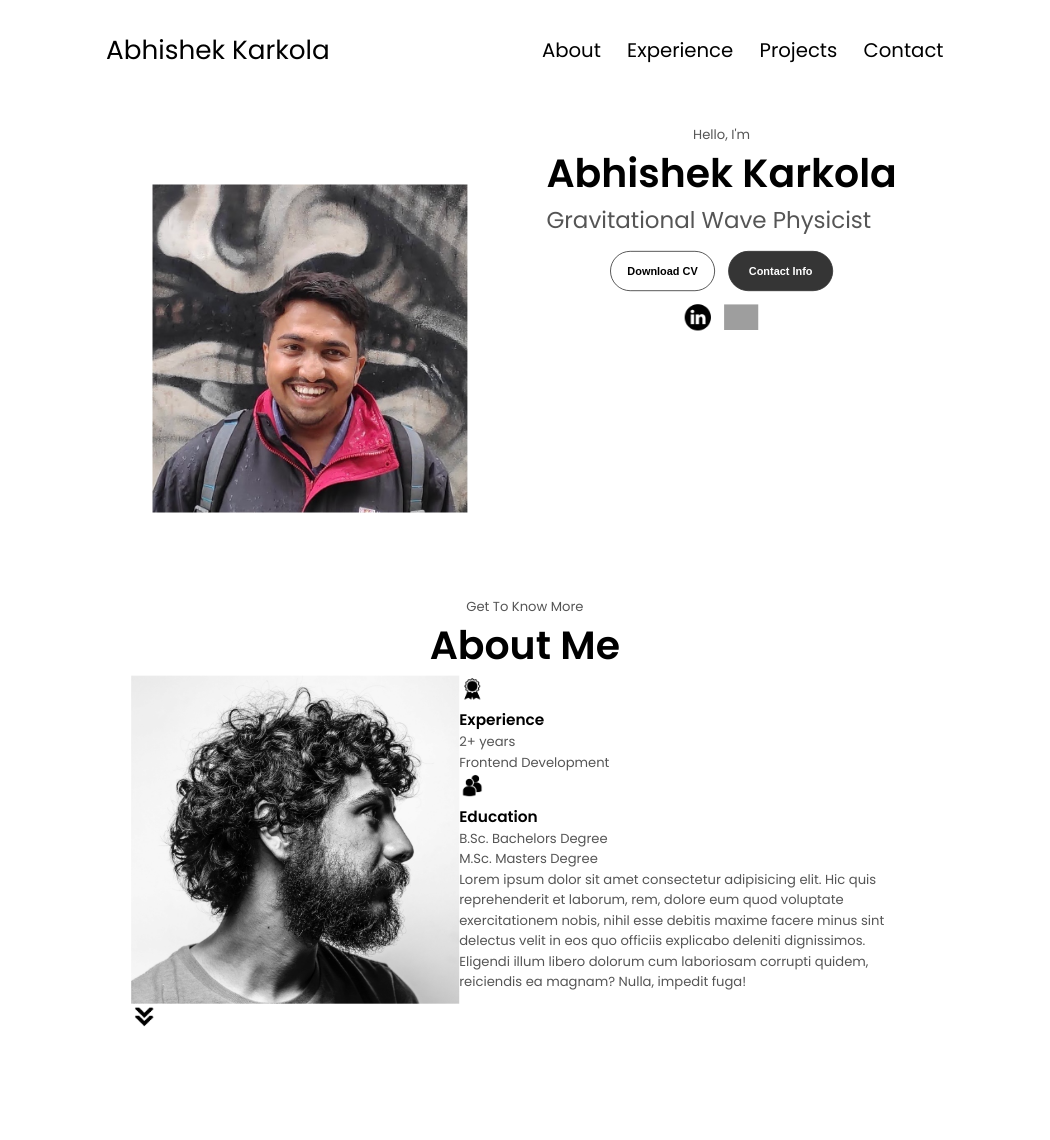
Repository: APersonalVoyage/APersonalVoyage.github.io
Page: index.html
An editor plug-in stored every save of this project. The page is shown before and after the next save, followed by the edit.
The browser window is 1280 px wide. The pictures show the whole page, at 82% of full size.
Pictures or frames that could not be fetched are drawn as grey boxes.

Above is the page before, as saved 2023-08-23 18:50:35.

### index.html
<!DOCTYPE html>
<html lang="en">
  <head>
    <meta charset="UTF-8" />
    <meta http-equiv="X-UA-Compatible" content="IE=edge" />
    <meta name="viewport" content="width=device-width, initial-scale=1.0" />
    <title>My Portfolio</title>
    <link rel="stylesheet" href="style.css" />
    <link rel="stylesheet" href="mediaqueries.css" />
  </head>
  <body>
    <nav id="desktop-nav">
      <div class="logo">Abhishek Karkola</div>
      <div>
        <ul class="nav-links">
          <li><a href="#about">About</a></li>
          <li><a href="#experience">Experience</a></li>
          <li><a href="#projects">Projects</a></li>
          <li><a href="#contact">Contact</a></li>
        </ul>
      </div>
    </nav>
    <nav id="hamburger-nav">
      <div class="logo">Abhishek Karkola</div>
      <div class="hamburger-menu">
        <div class="hamburger-icon" onclick="toggleMenu()">
          <span></span>
          <span></span>
          <span></span>
        </div>
        <div class="menu-links">
          <li><a href="#about" onclick="toggleMenu()">About</a></li>
          <li><a href="#experience" onclick="toggleMenu()">Experience</a></li>
          <li><a href="#projects" onclick="toggleMenu()">Projects</a></li>
          <li><a href="#contact" onclick="toggleMenu()">Contact</a></li>
        </div>
      </div>
    </nav>
    <section id = "profile">
        <div class="section__pic-container">
            <img src="./assets/Photo.jpeg" alt="profile" class="section__pic">
        </div>
        <div class= "section_text">
            <p class="section__text__p1">Hello, I'm</p>
        <h1 class="title">Abhishek Karkola</h1>
        <p class="section__text__p2">Gravitational Wave Physicist</p>
        <div class="btn-container">
            <button
              class="btn btn-color-2"
              onclick="window.open('./assets/Abhishek_Academic_CV.pdf')"
            >
              Download CV
            </button>
            <button class="btn btn-color-1" onclick="location.href='./#contact'">
              Contact Info
            </button>
          </div>
          <div id="socials-container">
            <img
            src="./assets/linkedin.png"
            alt="My LinkedIn profile"
            class="icon"
            onclick="location.href='https://linkedin.com/'"
          />
          <img
            src="./assets/github.png"
            alt="My Github profile"
            class="icon"
            onclick="location.href='https://github.com/'"
          />
        </div>
      </div>
          </div>

        </div>
    </section>
    <section id="about">
        <p class="section__text__p1">Get To Know More</p>
        <h1 class="title">About Me</h1>
        <div class="section-container">
          <div class="section__pic-container">
            <img
              src="./assets/about-pic.png"
              alt="Profile picture"
              class="about-pic"
            />
          </div>
          <div class="about-details-container">
            <div class="about-containers">
              <div class="details-container">
                <img
                  src="./assets/experience.png"
                  alt="Experience icon"
                  class="icon"
                />
                <h3>Experience</h3>
                <p>2+ years <br />Frontend Development</p>
              </div>
              <div class="details-container">
                <img
                  src="./assets/education.png"
                  alt="Education icon"
                  class="icon"
                />
                <h3>Education</h3>
                <p>B.Sc. Bachelors Degree<br />M.Sc. Masters Degree</p>
              </div>
            </div>
            <div class="text-container">
              <p>
                Lorem ipsum dolor sit amet consectetur adipisicing elit. Hic quis
                reprehenderit et laborum, rem, dolore eum quod voluptate
                exercitationem nobis, nihil esse debitis maxime facere minus sint
                delectus velit in eos quo officiis explicabo deleniti dignissimos.
                Eligendi illum libero dolorum cum laboriosam corrupti quidem,
                reiciendis ea magnam? Nulla, impedit fuga!
              </p>
            </div>
          </div>
        </div>
        <img
          src="./assets/arrow.png"
          alt="Arrow icon"
          class="icon arrow"
          onclick="location.href='./#experience'"
        />
      </section>

    <script src="script.js"></script>
  </body>
</html>

### style.css
/* GENERAL */

@import url("https://fonts.googleapis.com/css2?family=Poppins:wght@300;400;500;600&display=swap");

* {
  margin: 0;
  padding: 0;
}

body {
  font-family: "Poppins", sans-serif;
}

html {
  scroll-behavior: smooth;
}

p {
  color: rgb(85, 85, 85);
}

/* TRANSITION */

a,
.btn {
  transition: all 300ms ease;
}

/* DESKTOP NAV */

nav,
.nav-links {
  display: flex;
}

nav {
  justify-content: space-around;
  align-items: center;
  height: 17vh;
}

.nav-links {
  gap: 2rem;
  list-style: none;
  font-size: 1.5rem;
}

a {
  color: black;
  text-decoration: none;
  text-decoration-color: white;
}

a:hover {
  color: grey;
  text-decoration: underline;
  text-underline-offset: 1rem;
  text-decoration-color: rgb(181, 181, 181);
}

.logo {
  font-size: 2rem;
}

.logo:hover {
  cursor: default;
}

/* HAMBURGER MENU */

#hamburger-nav {
  display: none;
}

.hamburger-menu {
  position: relative;
  display: inline-block;
}

.hamburger-icon {
  display: flex;
  flex-direction: column;
  justify-content: space-between;
  height: 24px;
  width: 30px;
  cursor: pointer;
}

.hamburger-icon span {
  width: 100%;
  height: 2px;
  background-color: black;
  transition: all 0.3 ease-in-out;
}

.menu-links {
  position: absolute;
  top: 100%;
  right: 0;
  background-color: white;
  width: fit-content;
  max-height: 0;
  overflow: hidden;
  transition: all 0.3 ease-in-out;
}

.menu-links a {
  display: block;
  padding: 10px;
  text-align: center;
  font-size: 1.5rem;
  color: black;
  text-decoration: none;
  transition: all 0.3 ease-in-out;
}

.menu-links li {
  list-style: none;
}

.menu-links.open {
  max-height: 300px;
}

.hamburger-icon.open span:first-child {
  transform: rotate(45deg) translate(10px, 5px);
}

.hamburger-icon.open span:nth-child(2) {
  opacity: 0;
}

.hamburger-icon.open span:last-child {
  transform: rotate(-45deg) translate(10px, -5px);
}

.hamburger-icon span:first-child {
  transform: none;
}

.hamburger-icon span:first-child {
  opacity: 1;
}

.hamburger-icon span:first-child {
  transform: none;
}

/* SECTIONS */

section {
    padding-top: 4vh;
    height: 96vh;
    margin: 0 10rem;
    box-sizing: border-box;
    min-height: fit-content;
  }

  .section-container {
    display: flex;
  }

  /* PROFILE SECTION */

  #profile {
    display: flex;
    justify-content: center;
    gap: 5rem;
    height: 80vh;
  }

  .section__pic-container {
    display: flex;
    height: 400px;
    width: 400px;
    margin: auto 0;
  }

  .section__text {
    align-self: center;
    text-align: center;
  }

  .section__text p {
    font-weight: 600;
  }

  .section__text__p1 {
    text-align: center;
  }

  .section__text__p2 {
    font-size: 1.75rem;
    margin-bottom: 1rem;
  }

  .title {
    font-size: 3rem;
    text-align: center;
  }

  #socials-container {
    display: flex;
    justify-content: center;
    margin-top: 1rem;
    gap: 1rem;
  }

  /* ICONS */

  .icon {
    cursor: pointer;
    height: 2rem;
  }

  /* BUTTONS */

.btn-container {
    display: flex;
    justify-content: center;
    gap: 1rem;
  }

  .btn {
    font-weight: 600;
    transition: all 300ms ease;
    padding: 1rem;
    width: 8rem;
    border-radius: 2rem;
  }

  .btn-color-1,
  .btn-color-2 {
    border: rgb(53, 53, 53) 0.1rem solid;
  }

  .btn-color-1:hover,
  .btn-color-2:hover {
    cursor: pointer;
  }

  .btn-color-1,
  .btn-color-2:hover {
    background: rgb(53, 53, 53);
    color: white;
  }

  .btn-color-1:hover {
    background: rgb(0, 0, 0);
  }

  .btn-color-2 {
    background: none;
  }

  .btn-color-2:hover {
    border: rgb(255, 255, 255) 0.1rem solid;
  }

  .btn-container {
    gap: 1rem;
  }

### mediaqueries.css


  @media screen and (max-width: 1200px) {
    #desktop-nav {
      display: none;
    }
    #hamburger-nav {
      display: flex;
    }
}

Loaded but not shown: script.js (common file)

After the next save:
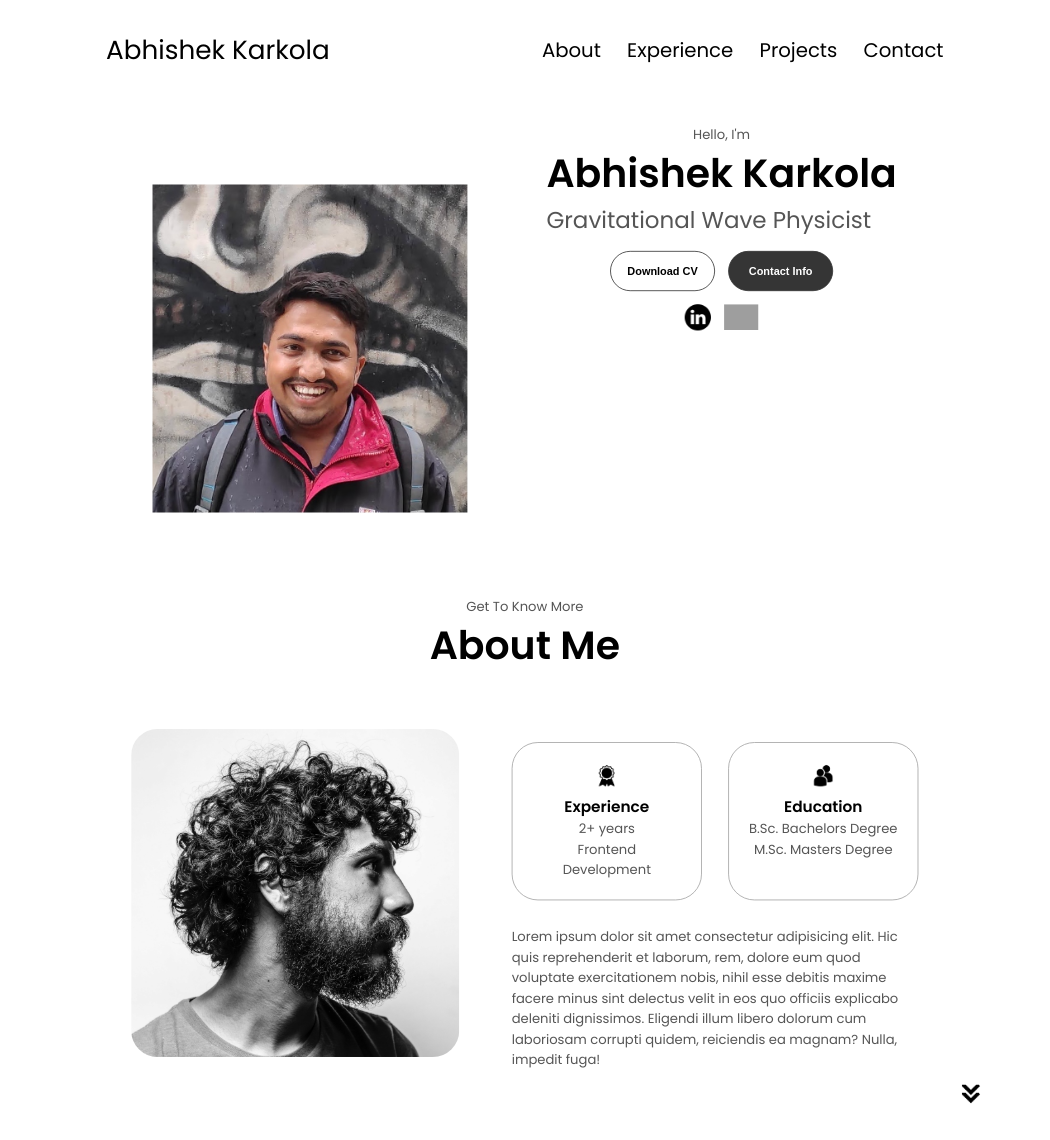
Saved 82 s later.
--- a/style.css
+++ b/style.css
@@ -260,3 +260,56 @@ section {
   .btn-container {
     gap: 1rem;
   }
+
+  /* ABOUT SECTION */
+
+#about {
+    position: relative;
+  }
+
+  .about-containers {
+    gap: 2rem;
+    margin-bottom: 2rem;
+    margin-top: 2rem;
+  }
+
+  .about-details-container {
+    justify-content: center;
+    flex-direction: column;
+  }
+
+  .about-containers,
+  .about-details-container {
+    display: flex;
+  }
+
+  .about-pic {
+    border-radius: 2rem;
+  }
+
+  .arrow {
+    position: absolute;
+    right: -5rem;
+    bottom: 2.5rem;
+  }
+
+  .details-container {
+    padding: 1.5rem;
+    flex: 1;
+    background: white;
+    border-radius: 2rem;
+    border: rgb(53, 53, 53) 0.1rem solid;
+    border-color: rgb(163, 163, 163);
+    text-align: center;
+  }
+
+  .section-container {
+    gap: 4rem;
+    height: 80%;
+  }
+
+  .section__pic-container {
+    height: 400px;
+    width: 400px;
+    margin: auto 0;
+  }
